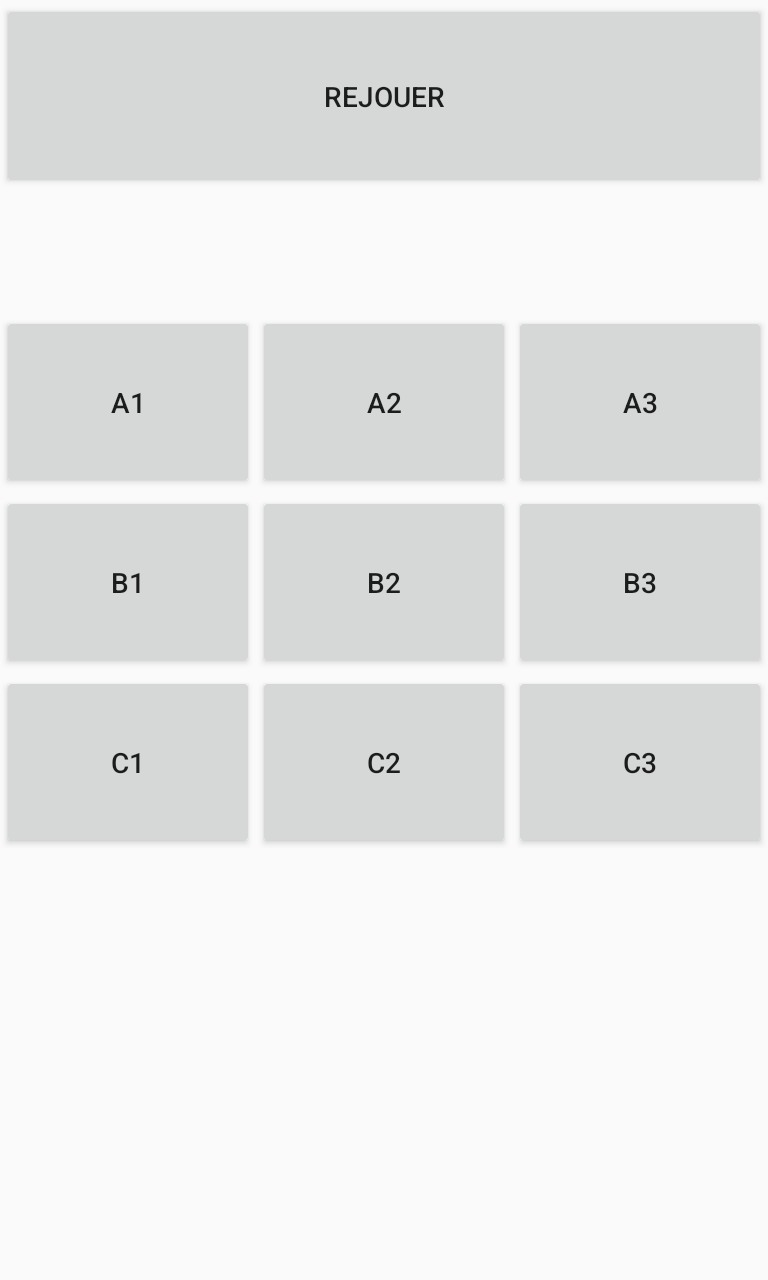
Repository: chakrinamo/Projet_S4_TicTacToe
Layout: Tic_Tac_Toe/res/layout/activity_main.xml
An editor plug-in stored every save of this project. The layout is shown before and after the next save, followed by the edit.
It is drawn on a 768 x 1280 px phone screen (xhdpi) without system bars, with theme AppTheme; the app's code is not run.

Above is the layout before, as saved 2015-02-21 09:48:16.

### Tic_Tac_Toe/res/layout/activity_main.xml
<LinearLayout xmlns:android="http://schemas.android.com/apk/res/android"
    xmlns:tools="http://schemas.android.com/tools"
    android:layout_width="match_parent"
    android:layout_height="match_parent"
    android:orientation="vertical"
    tools:context="${relativePackage}.${activityClass}" >

    <LinearLayout
        android:layout_width="fill_parent"
        android:layout_height="wrap_content"
        android:orientation="horizontal" >

        <Button
            android:id="@+id/Rejouer"
            android:layout_width="fill_parent"
            android:layout_height="96dp"
            android:layout_marginBottom="60dp"
            android:text="REJOUER" />

    </LinearLayout>

    <LinearLayout
        android:layout_width="fill_parent"
        android:layout_height="wrap_content"
        android:orientation="horizontal" >

        <Button
            android:id="@+id/A1"
            android:layout_width="fill_parent"
            android:layout_height="90dp"
            android:layout_weight="1"
            android:text="A1" />

        <Button
            android:id="@+id/A2"
            android:layout_width="fill_parent"
            android:layout_height="90dp"
            android:layout_weight="1"
            android:text="A2" />

        <Button
            android:id="@+id/A3"
            android:layout_width="fill_parent"
            android:layout_height="90dp"
            android:layout_weight="1"
            android:text="A3" />
    </LinearLayout>

    <LinearLayout
        android:layout_width="fill_parent"
        android:layout_height="wrap_content"
        android:orientation="horizontal" >

        <Button
            android:id="@+id/B1"
            android:layout_width="fill_parent"
            android:layout_height="90dp"
            android:layout_weight="1"
            android:text="B1" />

        <Button
            android:id="@+id/B2"
            android:layout_width="fill_parent"
            android:layout_height="90dp"
            android:layout_weight="1"
            android:text="B2" />

        <Button
            android:id="@+id/B3"
            android:layout_width="fill_parent"
            android:layout_height="90dp"
            android:layout_weight="1"
            android:text="B3" />
    </LinearLayout>

    <LinearLayout
        android:layout_width="fill_parent"
        android:layout_height="88dp"
        android:orientation="horizontal" >

        <Button
            android:id="@+id/C1"
            android:layout_width="fill_parent"
            android:layout_height="90dp"
            android:layout_weight="1"
            android:text="C1" />

        <Button
            android:id="@+id/C2"
            android:layout_width="fill_parent"
            android:layout_height="90dp"
            android:layout_weight="1"
            android:text="C2" />

        <Button
            android:id="@+id/C3"
            android:layout_width="fill_parent"
            android:layout_height="90dp"
            android:layout_weight="1"
            android:text="C3" />
    </LinearLayout>

</LinearLayout>

Loaded but not shown: Tic_Tac_Toe/res/values/styles.xml (common file); Tic_Tac_Toe/res/values-v11/styles.xml (common file); Tic_Tac_Toe/res/values-v14/styles.xml (common file)

After the next save:
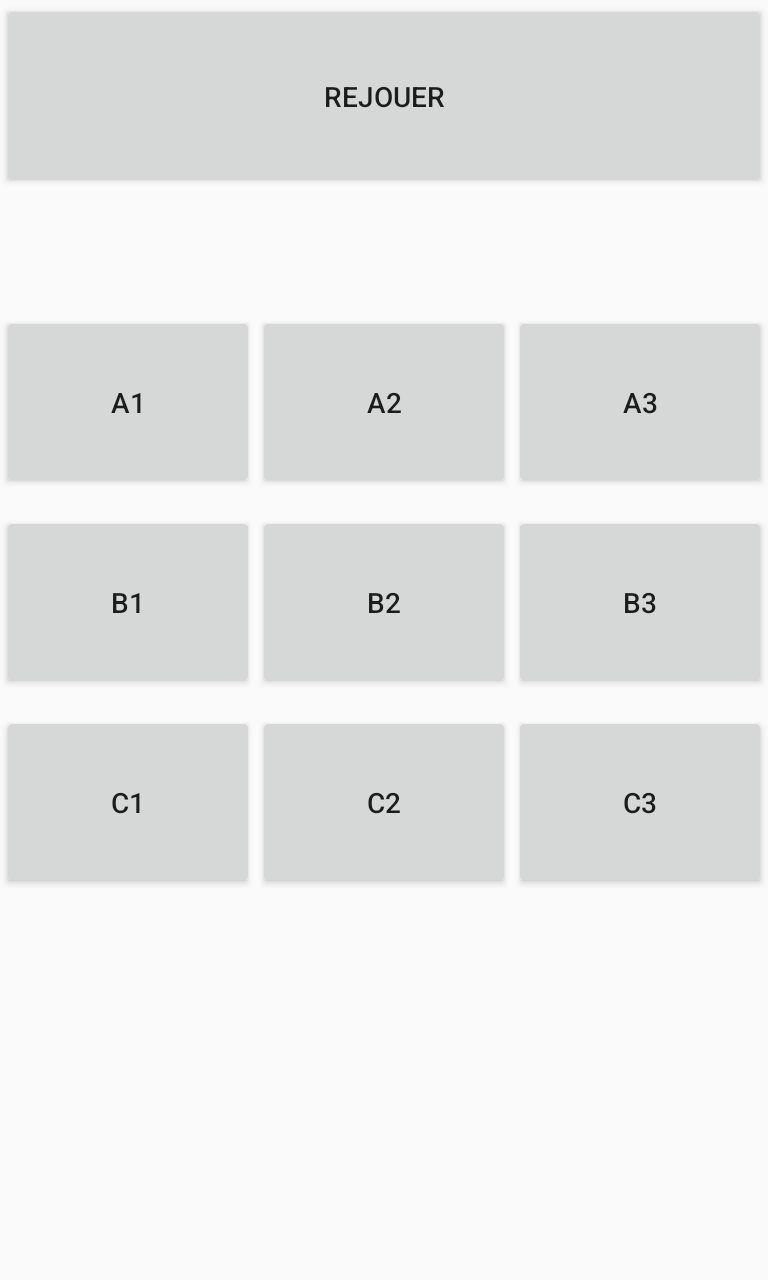
Saved 3 min 59 s later.
--- a/Tic_Tac_Toe/res/layout/activity_main.xml
+++ b/Tic_Tac_Toe/res/layout/activity_main.xml
@@ -22,7 +22,8 @@
     <LinearLayout
         android:layout_width="fill_parent"
         android:layout_height="wrap_content"
-        android:orientation="horizontal" >
+        android:orientation="horizontal"
+        android:layout_marginBottom="10dp" >
 
         <Button
             android:id="@+id/A1"
@@ -49,7 +50,8 @@
     <LinearLayout
         android:layout_width="fill_parent"
         android:layout_height="wrap_content"
-        android:orientation="horizontal" >
+        android:orientation="horizontal"
+        android:layout_marginBottom="10dp">
 
         <Button
             android:id="@+id/B1"
@@ -76,7 +78,8 @@
     <LinearLayout
         android:layout_width="fill_parent"
         android:layout_height="88dp"
-        android:orientation="horizontal" >
+        android:orientation="horizontal"
+        android:layout_marginBottom="10dp" >
 
         <Button
             android:id="@+id/C1"
